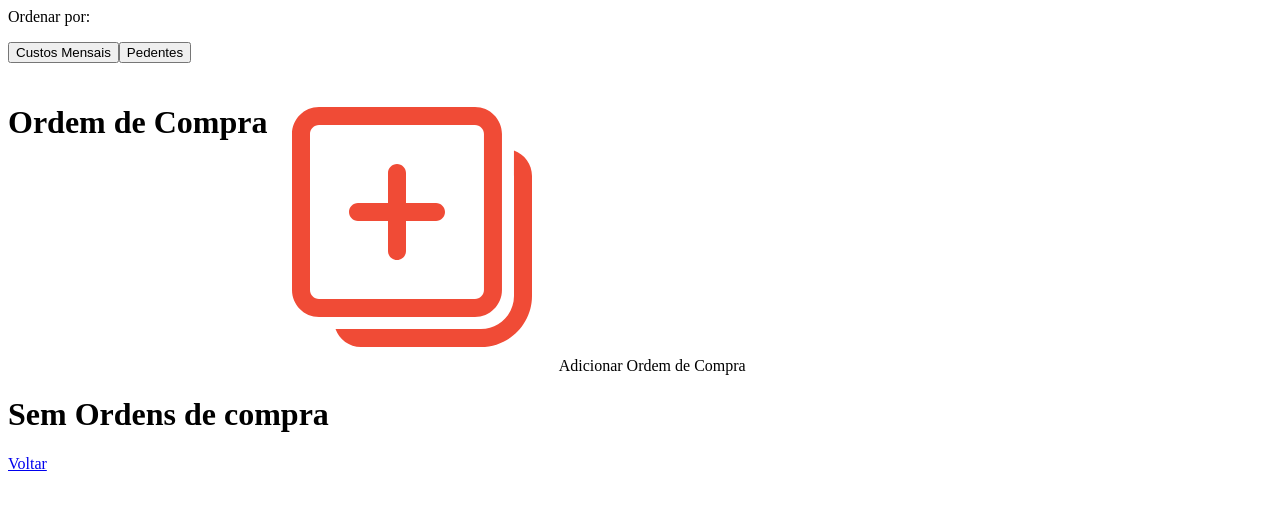
Repository: agvelez07/ProjectPO
Page: http://localhost/POs
The author's editor kept a copy of each file at every save. The page is drawn from the files as they stood at one save, then again after the next save.
The browser window is 1280 px wide. The pictures show the whole page.
The page is served by the project's Laravel application, run on PHP 8.4 with Laravel 10. A made-up administrator, Test User (test@example.com), is signed in. Queries for data that is not in the repository find no rows.

Above is the page before, as saved 2024-01-02 19:44:41.

After the next save:
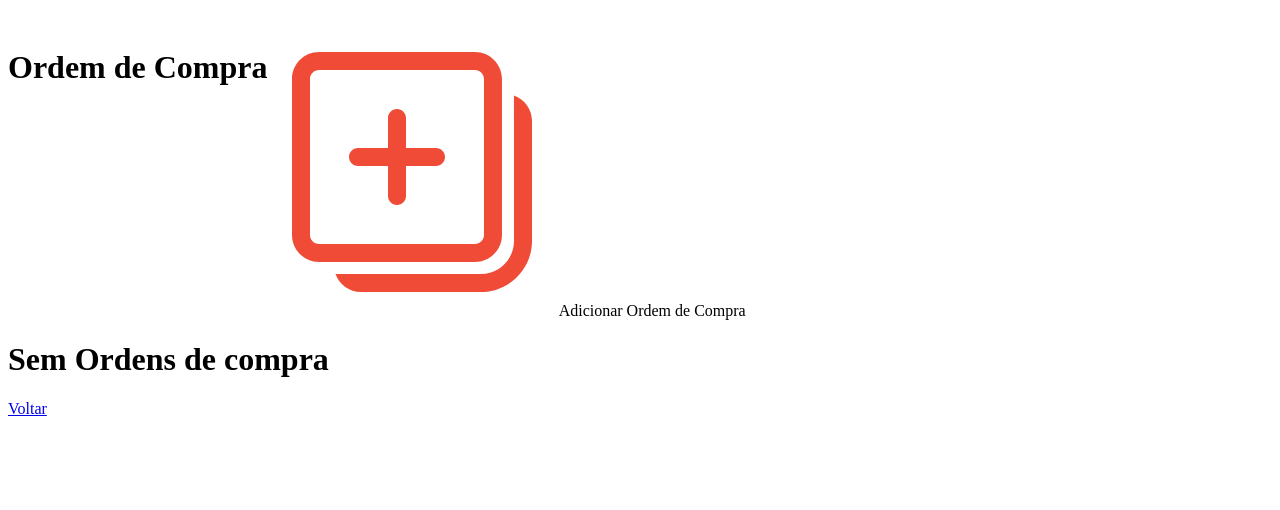
Saved 11 s later.
--- a/resources/views/POs.blade.php
+++ b/resources/views/POs.blade.php
@@ -18,7 +18,7 @@
     </header>
     {{-- ---------------------------------------------------------------------------------Left Side PO ------------------------------------------------------------------------------------------------------- --}}
 
-{{-- <main class="sideContainer">  --}}
+{{-- <main class="sideContainer">
         <x-slot name="header">
             <h2 class="font-semibold text-xl text-gray-800 dark:text-gray-200 leading-tight">
                 {{ __('Dashboard') }}
